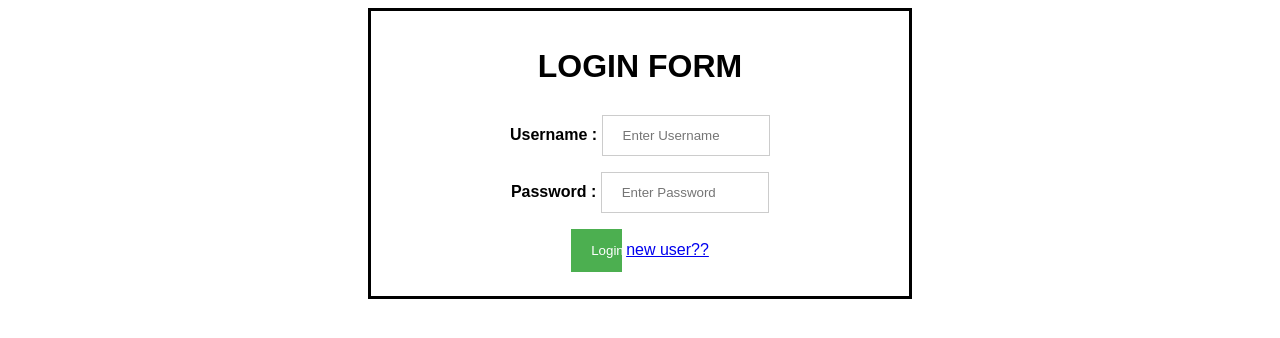
Repository: mugdha97/JSPServlet
Page: http://localhost/com.bridgelabz.loginRegister/login.jsp
An editor plug-in stored every save of this project. The page is shown before and after the next save, followed by the edit.
The browser window is 1280 px wide. The pictures show the whole page.
The page is served by Tomcat 9. Other server files are loaded and not shown.

Above is the page before, as saved 2019-10-19 05:17:27.

### com.bridgelabz.loginRegister/WebContent/login.jsp
<%@ page language="java" contentType="text/html; charset=UTF-8"
    pageEncoding="UTF-8"%>
<!DOCTYPE html>
<html>
<head>
<meta charset="UTF-8">
<link rel="stylesheet" href="login.css"> <!-- add css files -->
</head>
<body>
<center>

<div class="container">
<form action="login" method="post">
		<div><h1> LOGIN FORM</h1></div>
      <label for="uname"><b>Username : </b></label>
      <input type="text" placeholder="Enter Username" name="uname" required><br>

      <label for="psw"><b>Password : </b></label>
      <input type="password" placeholder="Enter Password" name="password" required><br>

      <button type="submit"value="login">Login</button>
     <a href="Registration.jsp">new user??</a>
     </form>
    </div>

    </center>
</body>
</html>

### com.bridgelabz.loginRegister/WebContent/login.css
body {font-family: Arial, Helvetica, sans-serif;}

/* Full-width input fields */
input[type=text], input[type=password] {
  width: 25%;
  padding: 12px 20px;
  margin: 8px 0;
  display: inline-block;
  border: 1px solid #ccc;

}

/* Set a style for all buttons */
button {
  background-color: #4CAF50;
  color: white;
  padding: 14px 20px;
  margin: 8px 0;
  border: none;
  cursor: pointer;
  width: 10%;
}

button:hover {
  opacity: 0.8;
}

/* Extra styles for the cancel button */


.container {
  padding: 16px;
 border-style: solid;
 width:40%;
}

span.psw {
  float: right;
  padding-top: 16px;
}

/* The Modal (background) */
.modal {
  display: none; /* Hidden by default */
  position: fixed; /* Stay in place */
  z-index: 1; /* Sit on top */
  left: 0;
  top: 0;
  width: 100%; /* Full width */
  height: 100%; /* Full height */
  overflow: auto; /* Enable scroll if needed */
  background-color: rgb(0,0,0); /* Fallback color */
  background-color: rgba(0,0,0,0.4); /* Black w/ opacity */
  padding-top: 60px;
}

/* Modal Content/Box */
.modal-content {
  background-color: #fefefe;
  margin: 5% auto 15% auto; /* 5% from the top, 15% from the bottom and centered */
  border: 1px solid #888;
  width: 80%; /* Could be more or less, depending on screen size */
}

/* The Close Button (x) */
.close {
  position: absolute;
  right: 25px;
  top: 0;
  color: #000;
  font-size: 35px;
  font-weight: bold;
}

.close:hover,
.close:focus {
  color: red;
  cursor: pointer;
}

After the next save:
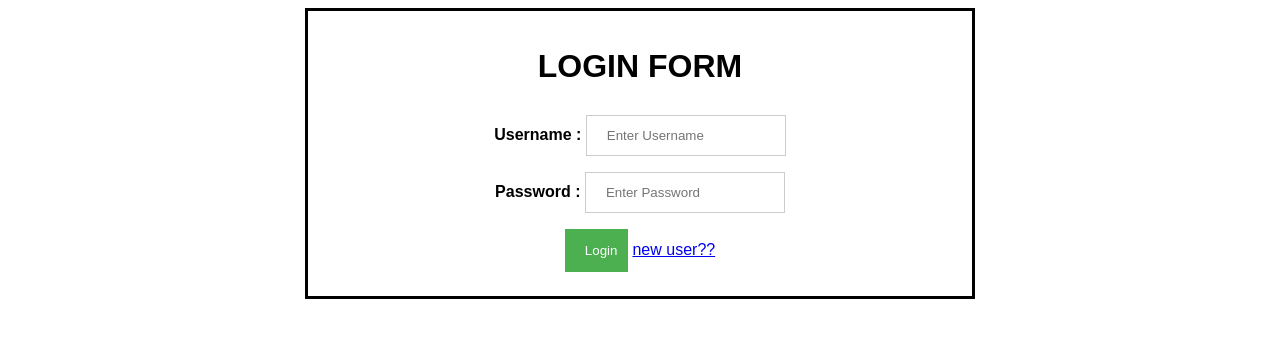
Saved 12 s later.
--- a/com.bridgelabz.loginRegister/WebContent/login.css
+++ b/com.bridgelabz.loginRegister/WebContent/login.css
@@ -31,7 +31,7 @@ button:hover {
 .container {
   padding: 16px;
  border-style: solid;
- width:40%;
+ width:50%;
 }
 
 span.psw {
